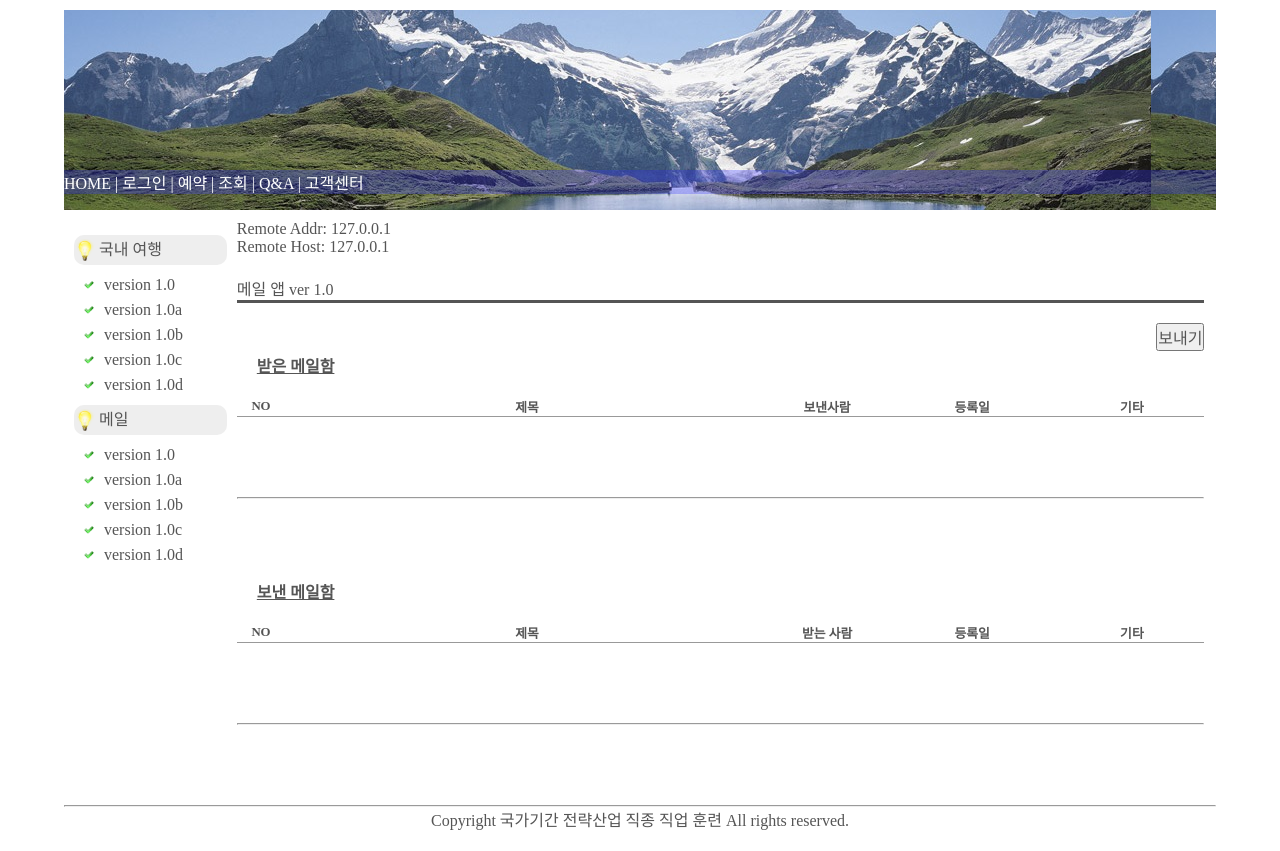
Repository: jangky000/ai_web
Page: http://localhost/blog_v2jc/mail_app/list.jsp
An editor plug-in stored every save of this project. The page is shown before and after the next save, followed by the edit.
The browser window is 1280 px wide. The pictures show the whole page.
The page is served by Tomcat 9. Other server files are loaded and not shown. Queries for data that is not in the repository find no rows.

Above is the page before, as saved 2020-03-27 06:55:19.

### ws__frame/blog_v2jc/WebContent/mail_app/list.jsp
<%@ page contentType="text/html; charset=UTF-8" %>

<!-- MySQL에서 DBMS에 연결할때 쓰던 import 패키지와 구성이 같다. -->
 <!-- MovieDAO2.java 참조 -->
<%@ page import="java.sql.Connection" %>
<%@ page import=" java.sql.DriverManager" %>
<%@ page import="java.sql.PreparedStatement" %>
<%@ page import="java.sql.ResultSet" %>
<%@ page import="java.sql.SQLException" %>

<%
request.setCharacterEncoding("utf-8");
String root = request.getContextPath();
%>

<%
// 필요 변수 선언
Connection con = null;              // DBMS 연결
PreparedStatement pstmt = null; // SQL 실행
ResultSet rs = null;                   // SELECT 결과를 저장
StringBuffer sql = null;              // SQL 문장
int count = 0;                         // 처리된 레코드 갯수

// MYSQL
// String className = "org.gjt.mm.mysql.Driver"; // MySQL 연결 Driver
// String url = "jdbc:mysql://172.16.12.4:3306/javadb?useUnicode=true&characterEncoding=euckr"; //데이터베이스 javadb 사용

//Oracle, jdbc 연결
String className = "oracle.jdbc.driver.OracleDriver"; // Oracle 연결 Driver
String url = "jdbc:oracle:thin:@127.0.0.1:1521:XE"; //XE -> soldesk 등으로 달라질 수 있다.

String user = "ai6";
String password = "1234";
%>

<!DOCTYPE html>
<html lang="ko">
<head>
<meta charset="UTF-8">
<title>메일 앱</title>
<link href="<%=root%>/css/style.css" rel="Stylesheet" type="text/css">
</head>
<body>
<jsp:include page="/menu/top.jsp" flush='false' />

<%
out.print("<p>Remote Addr: " + request.getRemoteAddr() + "</p>");
out.print("<p>Remote Host: " + request.getRemoteHost() + "</p>");
/* out.print("<p>X-Forwarded-For: " + request.getHeader("x-forwarded-for") + "</p>"); */
%>

  <div class="title_line">메일 앱 ver 1.0</div>
  <div class="sub_menu">
    <button type="button" onclick="location.href='./create_form.jsp'">보내기</button>
  </div>
  <table class="table_basic">
    <caption style="text-align: left; margin: 0 0 20px 20px; text-decoration: underline;"><h2>받은 메일함</h2></caption>
    <colgroup>
      <col style="width: 5%;">
      <col style="width: 50%;">
      <col style="width: 12%;">
      <col style="width: 18%;">
      <col style="width: 15%;">
    </colgroup>
    <thead>
      <tr>
        <th class="th_basic">NO</th>
        <th class="th_basic">제목</th>
        <th class="th_basic">보낸사람</th>
        <th class="th_basic">등록일</th>
        <th class="th_basic">기타</th>
      </tr>
    </thead>
    <tbody>
      <%
      try {
        Class.forName(className);
        con = DriverManager.getConnection(url, user, password );

        sql = new StringBuffer();
        sql.append(" SELECT mailno, title, content, mail_from, mail_to, rdate");
        sql.append(" FROM mail_app");
        sql.append(" ORDER BY mailno DESC");

        pstmt = con.prepareStatement(sql.toString());

        rs = pstmt.executeQuery(); // SELECT문 실행: executeQuery() : return ResultSet 타입

        int n = 0;
        while(true) {
          if(rs.next() == true) {
            System.out.println(rs.getInt("mailno"));
            %>
            <tr>
              <td class="td_basic"><%= rs.getInt("mailno")%></td>
              <td class="td_left"><a href="./read.jsp?mailno=<%= rs.getInt("mailno")%>"><%= rs.getString("title")%></a></td>
              <td class="td_basic"><%= rs.getString("mail_from")%></td>
              <td class="td_basic"><%= rs.getString("rdate")%></td>
              <td class="td_basic">수정/삭제</td>
            </tr>
            <%
          }
          else {
            break;
          }
        }

      } catch (SQLException e) {
        System.out.println("SQL 실행 중 예외 발생");
        e.printStackTrace();
      } catch (ClassNotFoundException e) {
        System.out.println("JDBC 드라이버가 없습니다.");
        e.printStackTrace();
      } finally {
        try{ if (rs != null){ rs.close(); } }catch(Exception e){ }
        try{ if (pstmt != null){ pstmt.close(); } }catch(Exception e){ }
        try{ if (con != null){ con.close(); } }catch(Exception e){ }
      }
      %>
    </tbody>
  </table>

  <hr style="margin: 80px 0;">

  <table class="table_basic">
    <caption style="text-align: left; margin: 0 0 20px 20px; text-decoration: underline;"><h2>보낸 메일함</h2></caption>
    <colgroup>
      <col style="width: 5%;">
      <col style="width: 50%;">
      <col style="width: 12%;">
      <col style="width: 18%;">
      <col style="width: 15%;">
    </colgroup>
    <thead>
      <tr>
        <th class="th_basic">NO</th>
        <th class="th_basic">제목</th>
        <th class="th_basic">받는 사람</th>
        <th class="th_basic">등록일</th>
        <th class="th_basic">기타</th>
      </tr>
    </thead>
    <tbody>
      <%
      try {
        Class.forName(className);
        con = DriverManager.getConnection(url, user, password );

        sql = new StringBuffer();
        sql.append(" SELECT mailno, title, content, mail_from, mail_to, rdate");
        sql.append(" FROM mail_app");
        sql.append(" ORDER BY mailno DESC");

        pstmt = con.prepareStatement(sql.toString());

        rs = pstmt.executeQuery(); // SELECT문 실행: executeQuery() : return ResultSet 타입

        int n = 0;
        while(true) {
          if(rs.next() == true) {
            System.out.println(rs.getInt("mailno"));
            %>
            <tr>
              <td class="td_basic"><%= rs.getInt("mailno")%></td>
              <td class="td_left"><a href="./read.jsp?mailno=<%= rs.getInt("mailno")%>"><%= rs.getString("title")%></a></td>
              <td class="td_basic"><%= rs.getString("mail_from")%></td>
              <td class="td_basic"><%= rs.getString("rdate")%></td>
              <td class="td_basic">수정/삭제</td>
            </tr>
            <%
          }
          else {
            break;
          }
        }

      } catch (SQLException e) {
        System.out.println("SQL 실행 중 예외 발생");
        e.printStackTrace();
      } catch (ClassNotFoundException e) {
        System.out.println("JDBC 드라이버가 없습니다.");
        e.printStackTrace();
      } finally {
        try{ if (rs != null){ rs.close(); } }catch(Exception e){ }
        try{ if (pstmt != null){ pstmt.close(); } }catch(Exception e){ }
        try{ if (con != null){ con.close(); } }catch(Exception e){ }
      }
      %>
    </tbody>
  </table>

 <hr style="margin: 80px 0;">

<jsp:include page="/menu/bottom.jsp" flush='false' />
</body>
</html>
</html>

### ws__frame/blog_v2jc/WebContent/menu/top.jsp
<%@ page contentType="text/html; charset=UTF-8" %>
<!-- jsp: include를 사용했기 때문에 root로 인한 충돌이 발생하지 않는다. -->
<% String root = request.getContextPath(); %>

<DIV class='container'>
  <DIV class='top_img'>
    <NAV class="top_menu">
      <a href="<%=root %>" class="menu_link">HOME</a> | 로그인 | 예약 | 조회 | Q&A | 고객센터
    </NAV>
  </DIV>

  <DIV style='margin-top: 10px;'> <!-- 좌측 메뉴 + 내용 시작 -->
    <DIV class='left_menu'> <!--  좌측 메뉴 시작 -->
      <div class="li_left_menu_1" >국내 여행</div>
      <UL>
         <!-- 모든 위치에서 동일한 주소를 찾아야하므로, 절대 경로로 설정 -->
        <LI class="li_left_menu_2"><a href="<%= request.getContextPath() %>/notice1/list.jsp">version 1.0</a></LI>
        <LI class="li_left_menu_2"><a href="<%= request.getContextPath() %>/notice1a/list.jsp">version 1.0a</a></LI>
        <LI class="li_left_menu_2"><a href="<%= request.getContextPath() %>/notice1b/list.jsp">version 1.0b</a></LI>
        <LI class="li_left_menu_2"><a href="<%= request.getContextPath() %>/notice1c/list.jsp">version 1.0c</a></LI>
        <LI class="li_left_menu_2"><a href="<%= request.getContextPath() %>/notice1d/list.jsp">version 1.0d</a></LI>
      </UL>
      <!-- br을 쓰는 것보다 margin으로 여백을 주는 것이 낫다 -->
      <div class="li_left_menu_1">메일</div>
      <UL>
        <LI class="li_left_menu_2"><a href="<%= request.getContextPath() %>/mail_app/list.jsp">version 1.0</a></LI>
        <LI class="li_left_menu_2"><a href="<%= request.getContextPath() %>/mail_app1a/list.jsp">version 1.0a</a></LI>
        <LI class="li_left_menu_2"><a href="<%= request.getContextPath() %>/mail_app1b/list.jsp">version 1.0b</a></LI>
        <LI class="li_left_menu_2"><a href="<%= request.getContextPath() %>/mail_app1c/list.jsp">version 1.0c</a></LI>
        <LI class="li_left_menu_2"><a href="<%= request.getContextPath() %>/mail_app1d/list.jsp">version 1.0d</a></LI>
      </UL>

    </DIV>  <!--  좌측 메뉴 종료 -->

    <DIV class='content_body'> <!--  내용 시작 -->

### ws__frame/blog_v2jc/WebContent/menu/bottom.jsp
<%@ page contentType="text/html; charset=UTF-8" %>

    </DIV> <!-- 내용 종료 -->
  </DIV> <!-- 좌측 메뉴 + 내용 종료 -->

  <!-- 화면 하단 메뉴 -->
  <DIV class='copyright'>
    <HR>
    Copyright 국가기간 전략산업 직종 직업 훈련 All rights reserved.
  </DIV>

</DIV> <!-- 컨테이너 종료 -->

### ws__frame/blog_v2jc/WebContent/css/style.css
/* ver 0.2 */
/* 모든 태그에 적용 */
  *{
     font-family: Malgun Gothic;
     font-size: 16px;
     margin: 0px;  /* top right bottom left */
     padding: 0px;
     color: #555555;
  }

  .container {
    width: 90%;
    margin: 10px auto;
  }

  /*
  이미지 경로 지정
  권장하지 않는 방법(절대경로): background-image: url('/blog_v2jc/css/images/top_image.jpg');
  권장하는 방법(상대경로): background-image: url('./images/top_image.jpg');
  style.css 파일이 include(link)되는 폴더를 현재 폴더로 인식함
  /blog_v2jc/css/style.css에서 사용
  /blog_v2jc/css/images/top_image.jpg 인식
   */
  .top_img {
    width: 100%;
    height: 200px;
    /* background-image: url('/blog_v2jc/menu/images/top_image.jpg'); */
    background-image: url('./images/top_image.jpg');
  }

  .top_menu {
    position: relative;  /* 부모 태그 기준 화면 상단 기준 */
    top: 80%;
    /* left: 2px;  */
    background-color: rgba(50, 50, 255, 0.3);
    color: white;
  }

  .left_menu {
    width: 15%;
    float: left;
  }

  .content_body {
    width: 84%;
    float: left;
  }

  .content_bottom {

  }

  .bottom_menu {
    text-align: center;
    margin: 20px auto;
    clear: both;
  }

  .copyright {
    text-align: center;
    margin: 20px auto; /* 블럭 가운데 정렬 */
    clear: both; /*  float: left; 해제 float 효과를 제거 */
  }

  .li_warning{/* 경고 메시지 */
    list-style: none;
    margin: 15px 10px;
    color: #ff6600;
  }

  .li_error{ /* 에러 메시지 */
    list-style: none;
    margin: 15px 10px;
    color: #FF0000;
  }

  .li_none{
    list-style: none;
    margin: 15px 10px;
  }

  .fieldset_basic{
    width:90%;
    margin:10px auto;
    border-top: none;
    border-right: none;
    border-bottom: none;
    border-left: none;
    padding: 10px;
  }

  .legend_basic{
    margin-left:30px;
    border:solid 1px #999999;
    background-color: #A6C2FF;
    color:#FFFFFF;
  }

  input:focus {outline:none;}
  .input_basic{
    border-top: none;
    border-right: none;
    border-bottom: solid 1px #999999;
    border-left: none;
  }

  .title_line{
    text-align:left;
    /* text-decoration: underline; */
    border-bottom: solid 3px #555555;
    width: 100%;
    margin: 20px auto;

  }

  .sub_menu{
    text-align: right;
    width: 100%;
  }

  .table_basic{
    border-collapse: collapse; /* 셀 합치기 */
    margin: 2px auto;
    width: 100%;
  }

  /*
    1em 기본값: 16px, 주변 태그의 글자 크기를 1em으로 인식
    div 태그가 20px일 경우 자식 태그가 0.5em이면 최종적으로 10px이 적용됨.
  */
  .th_basic{
    font-size: 0.8em;
    border-bottom: solid 1px #999999;
  }

  .td_basic{
    background-color: #ffffff;

    border-top: none;
    border-right: none;
    border-bottom: solid 1px #dddddd;
    border-left: none;

    text-align: center;
  }

  .td_left{
    background-color: #ffffff;

    border-top: none;
    border-right: none;
    border-bottom: solid 1px #dddddd;
    border-left: none;

    text-align: left;
  }

  A:link{  /* 방문전 상태 */
    text-decoration: none; /* 밑줄 삭제 */
    color: #555555;
  }

  A:visited{  /* 방문후 상태 */
    text-decoration: none; /* 밑줄 삭제 */
    color: #555555;
  }

  A:hover{  /* A 태그에 마우스가 올라간 상태 */
    text-decoration: underline; /* 밑줄 출력 */
    color: #7777FF;
  }

  A:active{  /* A 태그를 클릭한 상태 */
    text-decoration: underline; /* 밑줄 출력 */
    color: #7777FF;
  }

  /* top menu */
  .menu_link:link{  /* 방문전 상태 */
    text-decoration: none; /* 밑줄 삭제 */
    color: white;
  }

  .menu_link:visited{  /* 방문후 상태 */
    text-decoration: none; /* 밑줄 삭제 */
    color: white;
  }

  .menu_link:hover{  /* A 태그에 마우스가 올라간 상태 */
    text-decoration: underline; /* 밑줄 출력 */
    color: white;
    /* font-weight: bold; */
  }

  .menu_link:active{  /* A 태그를 클릭한 상태 */
    text-decoration: underline; /* 밑줄 출력 */
    color: white;
  }

  .content_title{
    border-top: none;
    border-right: none;
    border-bottom: solid 1px #999999;
    border-left: none;

    margin-bottom: 20px;
  }

  .content_bottom{
    border-top: none;
    border-right: none;
    border-bottom: none;
    border-left: none;
    margin: 20px 0;
    text-align: right;
    font-size: 0.8em;
  }

  .li_left_menu_1{/* 화면 좌측 대분류 */
    list-style: none;
    margin: 15px 10px;
    background: url(./images/li_left_menu_1.png) left center no-repeat; /* url 왼쪽 중간 반복x */
    background-color:#eeeeee;
    border-radius:10px;
    background-size: 22px;
    padding-left: 25px;
    line-height: 30px;
  }

  .li_left_menu_2{/* 화면 좌측 중분류 */
    list-style: none;
    margin: 15px 10px;
    background: url(./images/li_left_menu_2.png) left center no-repeat; /* url 왼쪽 중간 반복x */
    background-size: 10px;
    margin-left: 20px;
    padding-left: 20px;
    line-height: 10px;
  }

After the next save:
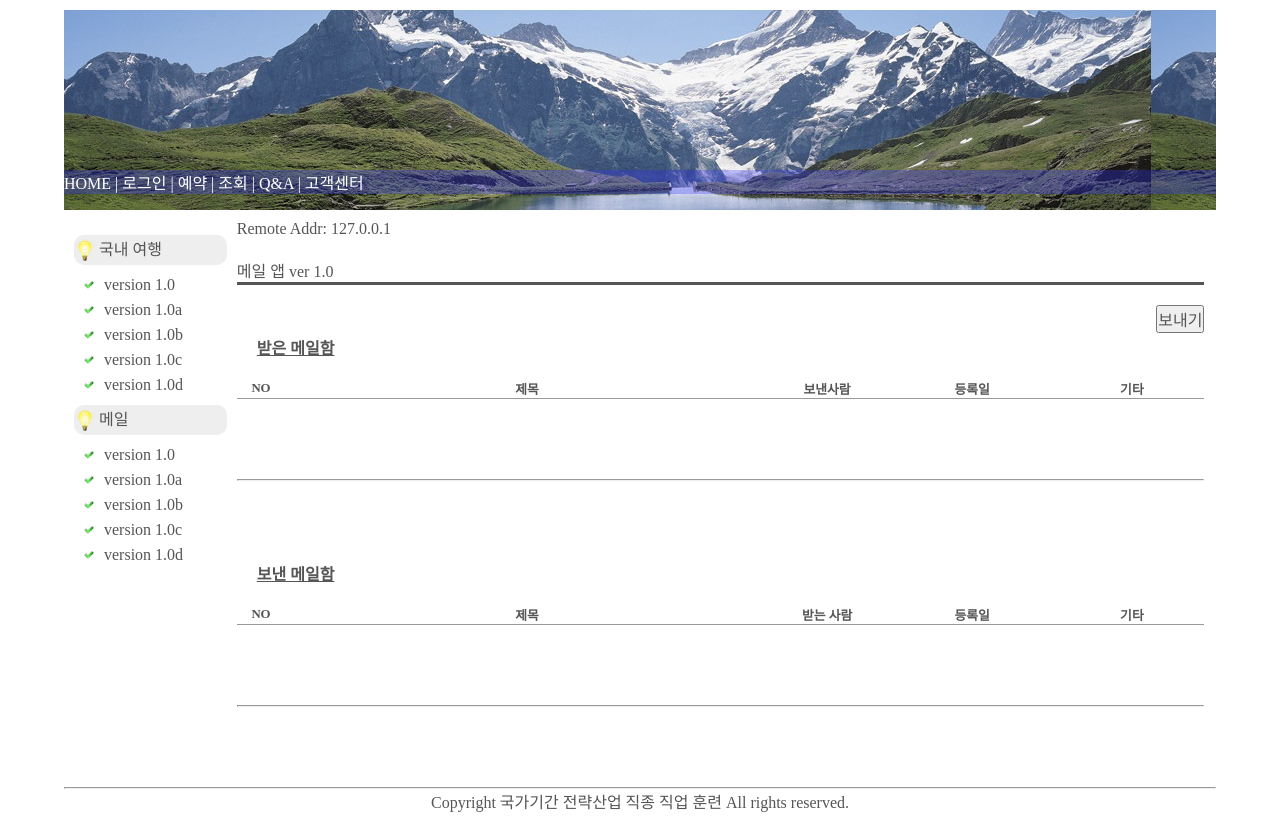
Saved 27 s later.
--- a/ws__frame/blog_v2jc/WebContent/mail_app/list.jsp
+++ b/ws__frame/blog_v2jc/WebContent/mail_app/list.jsp
@@ -45,7 +45,7 @@ String password = "1234";
 
 <%
 out.print("<p>Remote Addr: " + request.getRemoteAddr() + "</p>");
-out.print("<p>Remote Host: " + request.getRemoteHost() + "</p>");
+/* out.print("<p>Remote Host: " + request.getRemoteHost() + "</p>"); */
 /* out.print("<p>X-Forwarded-For: " + request.getHeader("x-forwarded-for") + "</p>"); */
 %>
 
